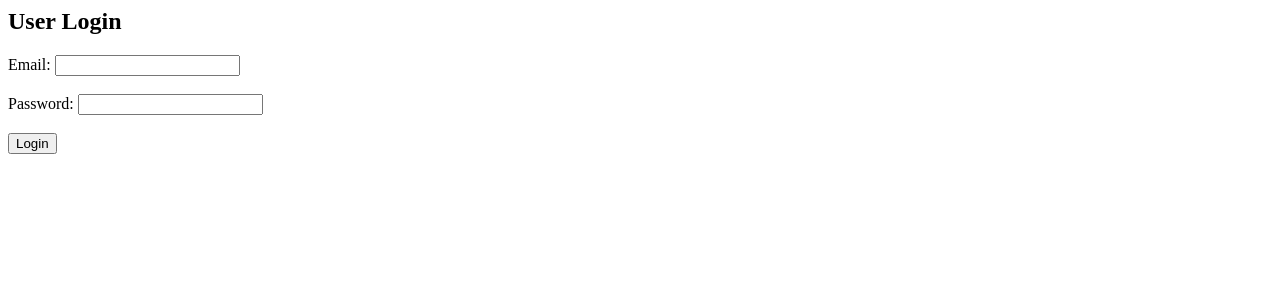
Repository: YUNASTHA/Music-store-management-system
Page: http://localhost/StoreManagementSystem/login.jsp
The author's editor kept a copy of each file at every save. The page is drawn from the files as they stood at one save, then again after the next save.
The browser window is 1280 px wide. The pictures show the whole page.
The page is served by Tomcat 10.

Above is the page before, as saved 2025-04-16 15:15:24.

After the next save:
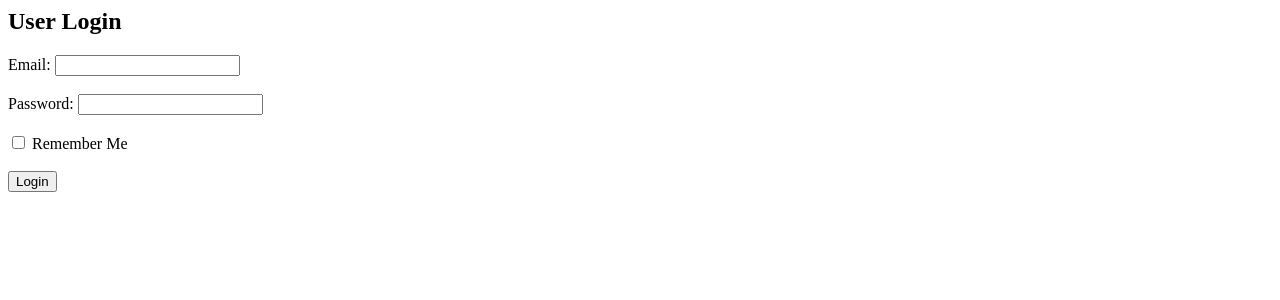
Saved 5 min 35 s later.
--- a/StoreManagementSystem/src/main/webapp/login.jsp
+++ b/StoreManagementSystem/src/main/webapp/login.jsp
@@ -9,6 +9,9 @@
     <form action="login" method="post">
         Email: <input type="email" name="email" required><br><br>
         Password: <input type="password" name="password" required><br><br>
+        <label>
+            <input type="checkbox" name="rememberMe"> Remember Me
+        </label><br><br>
         <input type="submit" value="Login">
     </form>
 
